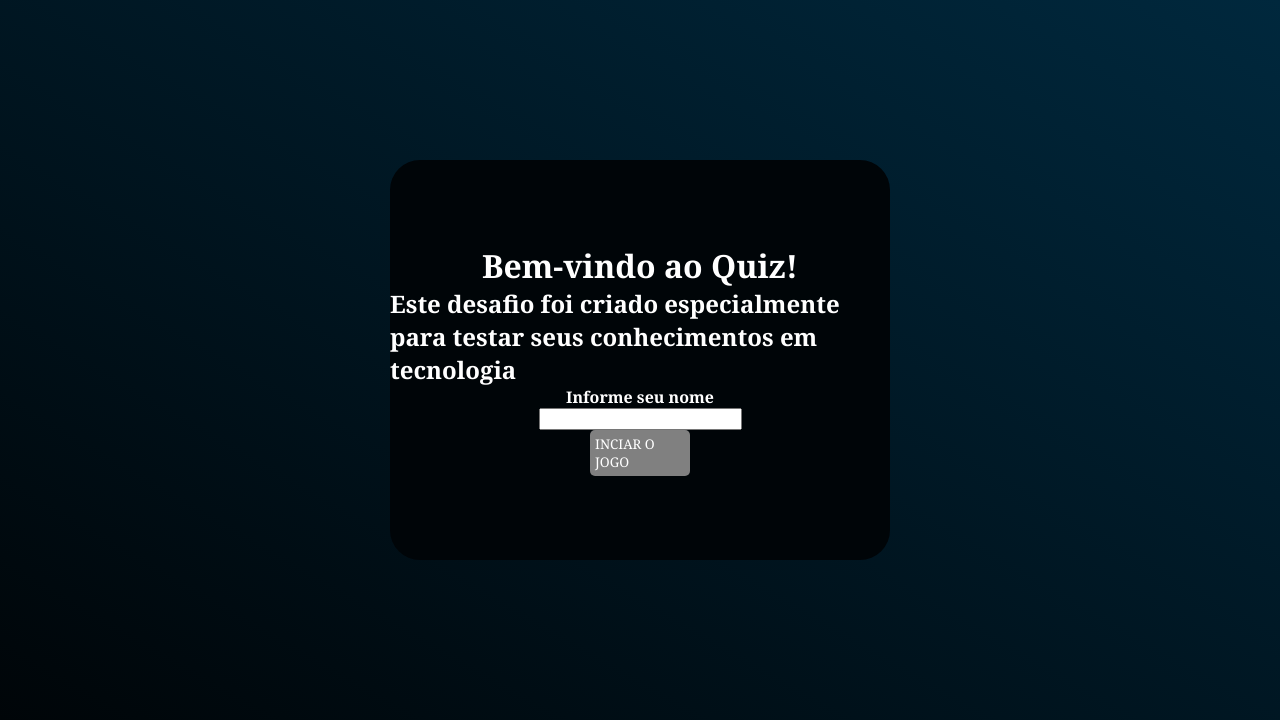
Repository: LaisSilvaO/Projeto-Quizz
Page: telas/apresentação.html
These files come from the project's save history. The page is drawn as it stood at one moment and after the next save; the edit follows.
The browser window is 1280 px wide. The pictures show the whole page.

Above is the page before, as saved 2024-12-25 18:53:33.

### telas/apresentação.html
<!DOCTYPE html>
<html lang="pt-br">

<head>
    <meta charset="UTF-8">
    <meta name="viewport" content="width=device-width, initial-scale=1.0">
    <title>Quiz</title>
    <link rel="stylesheet" href="../img/tela.css">
</head>

<body>
    <div class="box1">
        <div class="box2">
            <H1> Bem-vindo ao Quiz!</H1>

            <h2>Este desafio foi criado especialmente para testar seus conhecimentos em tecnologia


            </h2>
            <h4>Informe seu nome </h4>
            <input type="text" id="nome">
            <A href="index.html">
                <h4><button>INCIAR O JOGO</button></h4>
            </A>
        </div>
    </div>

</body>

</html>

### img/tela.css
* {
  margin: 0;
  padding: 0;
  box-sizing: border-box;
  font-family: Cambria, Cochin, Georgia, Times, 'Times New Roman', serif;
}

body {
  height: 100vh;
  display: flex;
  justify-content: center;
  flex-direction: column;
  flex-wrap: wrap;
  align-items: center;
  gap: 5px;
  background: linear-gradient(210deg, #00283d, #000508)
}

main {
  background-color: white;
  padding: 10px;
  border-radius: 10px;
  width: 100%;
  max-width: 600px;
  min-height: 400px;
  display: flex;
  align-items: center;
  justify-content: center;
}

.content {
  display: flex;
  flex-direction: column;
  width: 100px;
  gap: 10px;
}

.qtddquestao {
  text-align: end;
}

.resposta {
  display: flex;
  flex-direction: column;
  gap: 5px;
}

button {
  width: 100px;
  text-align: start;
  padding: 5px;
  border: none;
  border-radius: 5px;
  cursor: pointer;
  background-color: grey;
  color: white;
}

.final {
  display: none;
  flex-direction: column;
  gap: 10px;
}

.box1 {
  display: flex;
  width: 100%;
  height: 100hv;
  justify-content: center;
  align-items: center;
}

.box2 {
  color: white;
  position: relative;
  width: 500px;
  height: 400px;
  background-color: #000508;
  border-radius: 30px;
  display: flex;

  justify-content: center;
  align-items: center;
  flex-direction: column
}

After the next save:
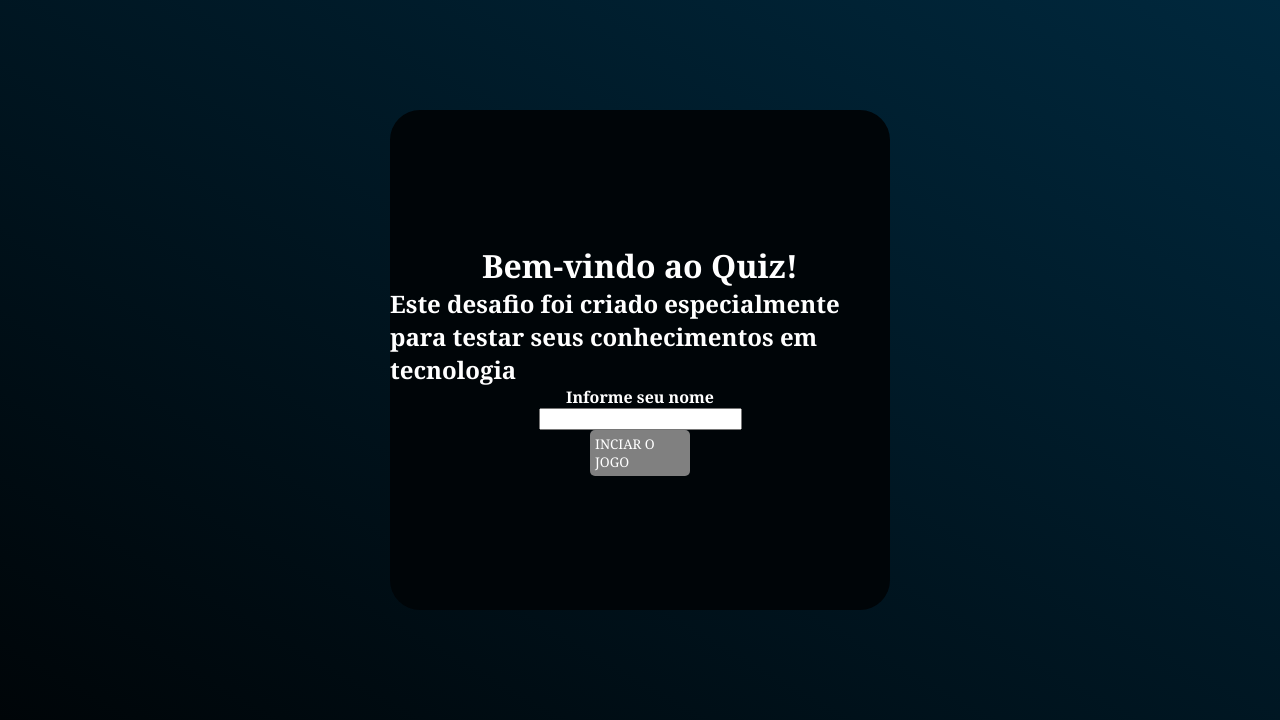
Saved 28 s later.
--- a/img/tela.css
+++ b/img/tela.css
@@ -74,7 +74,7 @@
   color: white;
   position: relative;
   width: 500px;
-  height: 400px;
+  height: 500px;
   background-color: #000508;
   border-radius: 30px;
   display: flex;

After the save that followed:
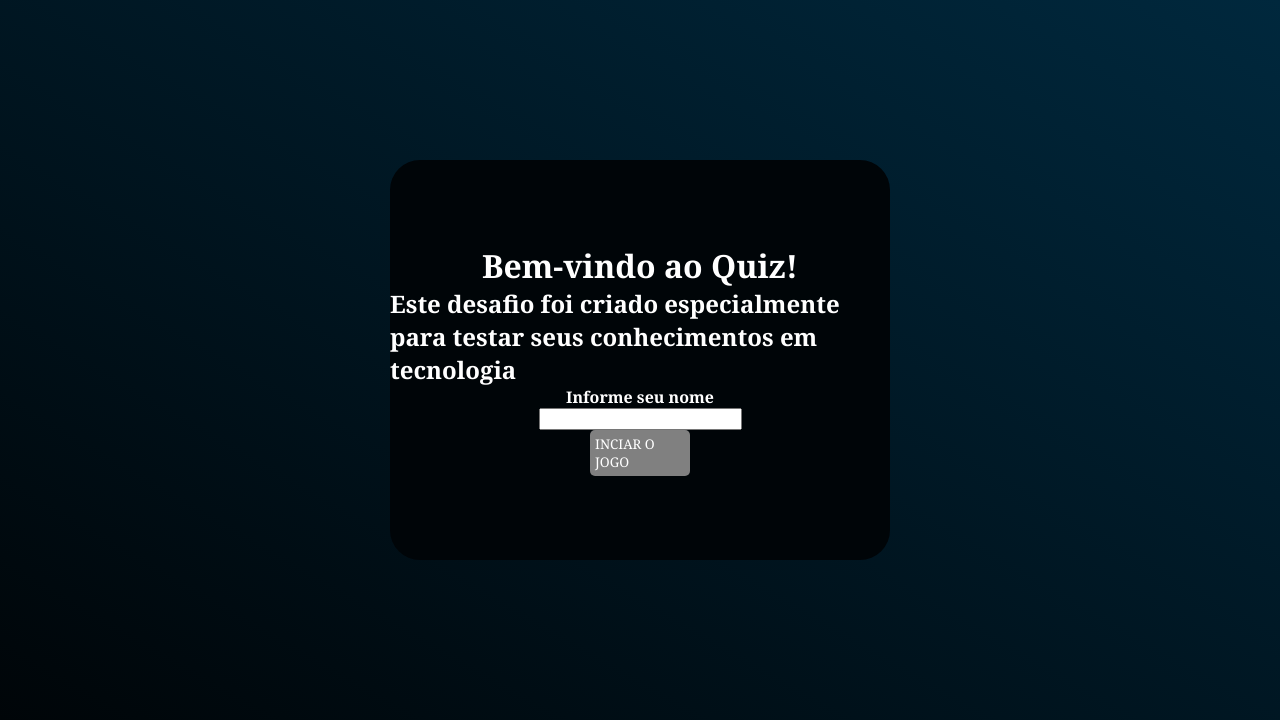
Saved 10 s later.
--- a/img/tela.css
+++ b/img/tela.css
@@ -74,7 +74,7 @@
   color: white;
   position: relative;
   width: 500px;
-  height: 500px;
+  height: 400px;
   background-color: #000508;
   border-radius: 30px;
   display: flex;
